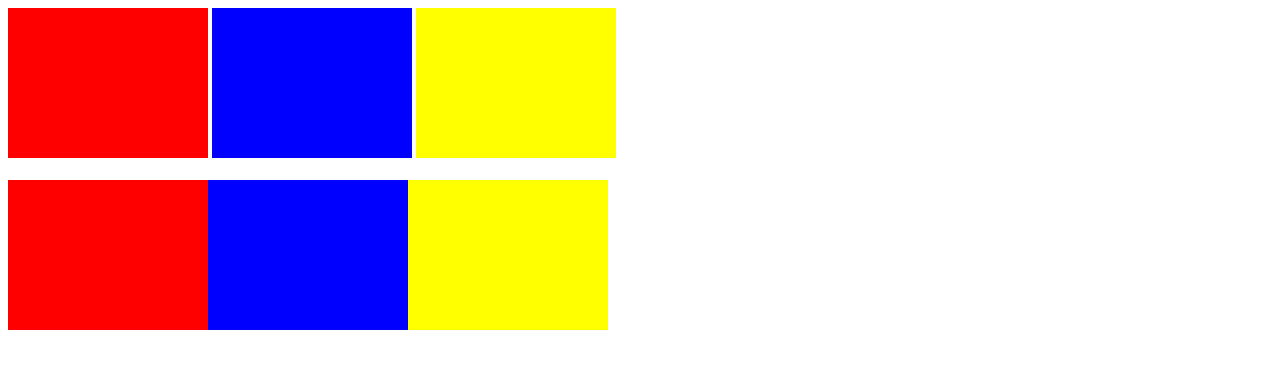
Repository: seikoseiko/samurai_HTML-CSS
Page: shukudai/shukudai9.html
The author's editor kept a record of every edit. The page is drawn from the files as they stood at one moment, then again after the next edit.
The browser window is 1280 px wide. The pictures show the whole page.

Above is the page before.

After the next edit:
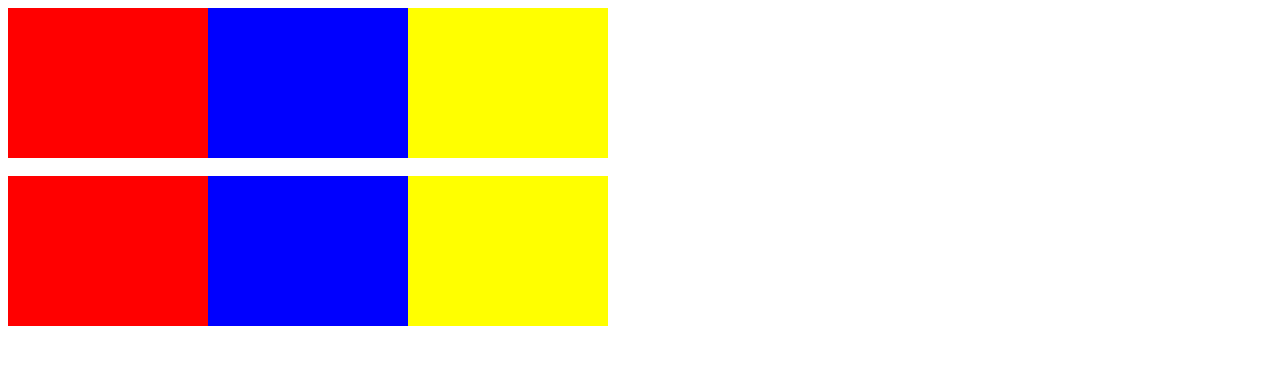
The edit:
--- a/shukudai/shukudai9.html
+++ b/shukudai/shukudai9.html
@@ -5,6 +5,9 @@
       <title>5章宿題</title>
       <style>
 
+        .ft{
+            font-size:0;
+        }
         .redbox1{
           height:150px;
           width:200px;
